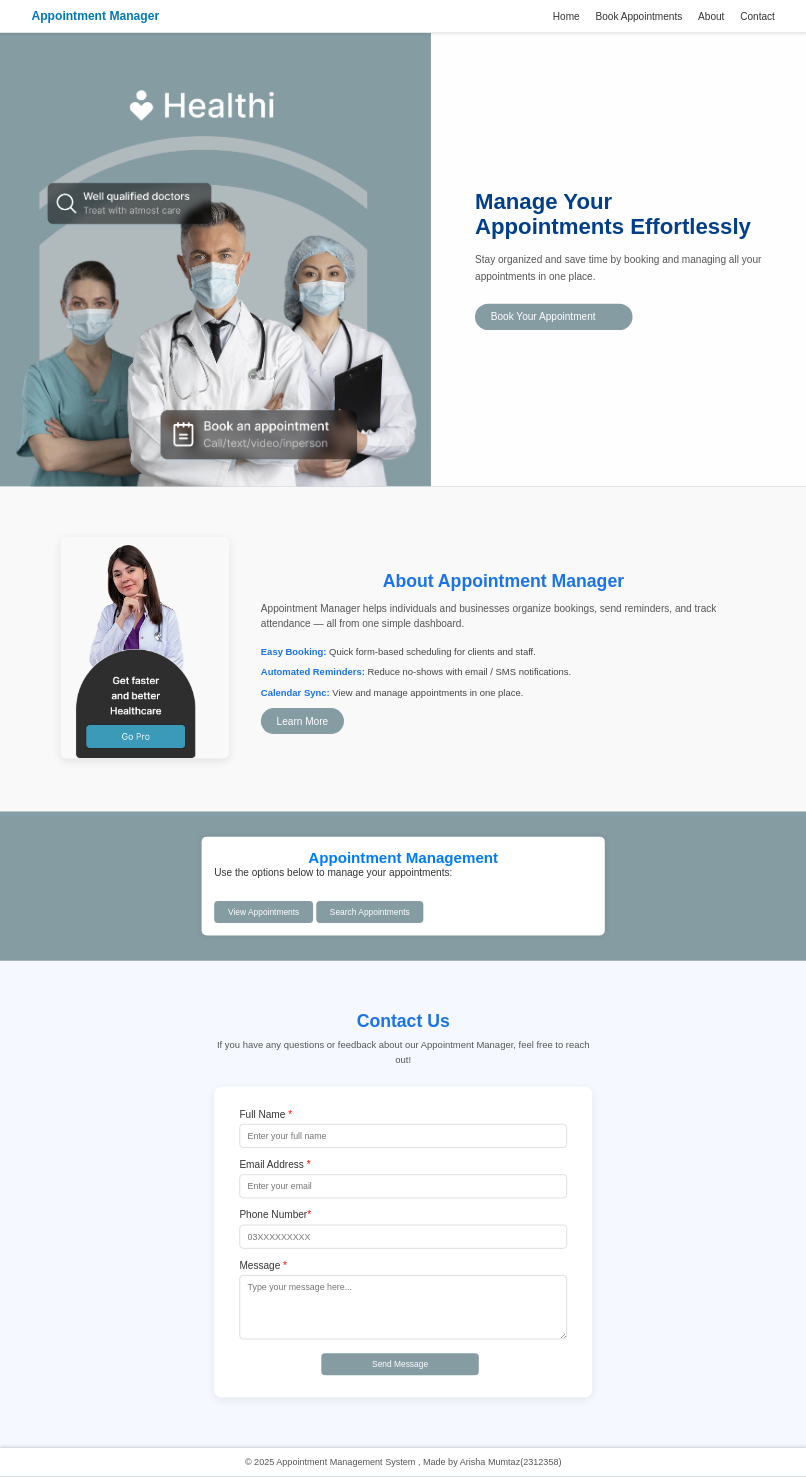
Repository: Arisha004/Hospital-Appointment-Management-System
Page: landingpage.html
The author's editor kept a copy of each file at every save. The page is drawn from the files as they stood at one save, then again after a run of saves.
The browser window is 1280 px wide. The pictures show the whole page, at 63% of full size.

Above is the page before, as saved 2025-10-24 15:54:30.

### landingpage.html
<!DOCTYPE html>
<html lang="en">
<head>
  <meta charset="UTF-8">
  <meta name="viewport" content="width=device-width, initial-scale=1.0">
  <title>Appointment Management System</title>
  <link rel="stylesheet" href="style.css">
  <style>
    .container1 { width: 50%;margin: 40px auto; background: #fff; padding: 20px; border-radius: 8px; box-shadow: 0 0 10px rgba(0,0,0,0.1); }
  h2 { text-align: center; color: #007bff; }
    button{

  display: inline-block;
  background-color: #869CA3;
  color: #fff;
  padding: 10px 22px;
  border: none;
  border-radius: 6px;
  cursor: pointer;
  font-weight: 500;

  transition: 0.3s;
   text-align: center;
}

button:hover {
  background-color: #7498a3;
  transform: translateY(-2px);
}
a{
  color: white;
  text-decoration: none;
}
  </style>
</head>
<body>
  <header class="navbar">
    <div class="logo">Appointment Manager</div>
    <nav>
      <ul>
        <li><a href="#">Home</a></li>
        <li><a href="index.php">Book Appointments</a></li>
        <li><a href="#about">About</a></li>
        <li><a href="#contact">Contact</a></li>
      </ul>
    </nav>
  </header>


  <section class="landing">
      <div class="right"></div>
    <div class="left">
      <h1>Manage Your Appointments Effortlessly</h1>
      <p>Stay organized and save time by booking and managing all your appointments in one place.</p>
      <a href="index.php" class="btn">Book Your Appointment</a>
    </div>

  </section>
  </section>


  <section id="about" class="about">
    <div class="container about-inner">
      <div class="about-image" aria-hidden="true">

        <img src="images/pic2.png" alt="" />
      </div>
      <div class="about-content">
        <h2>About Appointment Manager</h2>
        <p>Appointment Manager helps individuals and businesses organize bookings, send reminders, and track attendance — all from one simple dashboard.</p>
        <ul class="features">
          <li><strong>Easy Booking:</strong> Quick form-based scheduling for clients and staff.</li>
          <li><strong>Automated Reminders:</strong> Reduce no-shows with email / SMS notifications.</li>
          <li><strong>Calendar Sync:</strong> View and manage appointments in one place.</li>
        </ul>
        <a href="about.html" class="btn">Learn More</a>
      </div>
    </div>
  </section>
  <section id="crudoperations">
    <div class="container1">
      <h2>Appointment Management</h2>
      <p>Use the options below to manage your appointments:</p><br><br>

      <button> <a href="list.php" >View Appointments</a></button>
       <button>  <a href="searching.php">Search Appointments</a></button>
      </div>

  </section>

  <section id="contact" class="contact">
    <div class="container contact-inner">
      <h2>Contact Us</h2>
      <p>If you have any questions or feedback about our Appointment Manager, feel free to reach out!</p>

      <form action="insertcontactform.php" method="post" class="contact-form">
        <div class="form-group">
          <label for="name">Full Name <span>*</span></label>
          <input type="text" id="name" name="name" placeholder="Enter your full name" required pattern="[A-Za-z\s]{3,}">
        </div>

        <div class="form-group">
          <label for="email">Email Address <span>*</span></label>
          <input type="email" id="email" name="email" placeholder="Enter your email" required>
        </div>

        <div class="form-group">
          <label for="phone">Phone Number<span>*</span></label>
          <input type="tel" id="phone" name="phone" placeholder="03XXXXXXXXX" required pattern="[0-9]{11}" title="Enter 11-digit number only">
        </div>

        <div class="form-group">
          <label for="message">Message <span>*</span></label>
          <textarea id="message" name="message" rows="5" placeholder="Type your message here..." required minlength="10"></textarea>
        </div>

        <button type="submit" class="btn">Send Message</button>
      </form>
    </div>

  </section>
  <footer>
    <p>© 2025 Appointment Management System , Made by Arisha Mumtaz(2312358)</p>
  </footer>
</body>
</html>

### style.css
/* Reset and fonts */
* {
  margin: 0;
  padding: 0;
  box-sizing: border-box;
  font-family: 'Poppins', sans-serif;
}

body {
  background: #869CA3;
  color: #333;
}
/* About Section */
.about {
  background-color: #f9f9f9;
  padding: 80px 0;
}

.about-inner {
  width: 85%;
  max-width: 1100px;
  margin: 0 auto;
  display: flex;
  align-items: center;
  justify-content: space-between;
  gap: 50px;
  flex-wrap: wrap; /* makes it responsive */
}

.about-image img {
  width: 100%;
  max-width: 450px;
  border-radius: 10px;
  box-shadow: 0 4px 15px rgba(0,0,0,0.1);
}

.about-content {
  flex: 1;
  min-width: 300px;
}

.about-content h2 {
  font-size: 28px;
  color: #1a73e8;
  margin-bottom: 15px;
}

.about-content p {
  font-size: 16px;
  color: #555;
  line-height: 1.6;
  margin-bottom: 20px;
}

.features {
  list-style: none;
  padding: 0;
  margin-bottom: 25px;
}

.features li {
  margin-bottom: 10px;
  color: #444;
  font-size: 15px;
  line-height: 1.5;
}

.features strong {
  color: #1a73e8;
}


/* Contact Section */
.contact {
  background-color: #f5f9ff;
  padding: 80px 0;
}

.contact-inner {
  width: 85%;
  max-width: 600px;
  margin: 0 auto;
  text-align: center;
}

.contact h2 {
  font-size: 28px;
  color: #1a73e8;
  margin-bottom: 10px;
}

.contact p {
  color: #555;
  margin-bottom: 30px;
  font-size: 15px;
  line-height: 1.6;
}

.contact-form {
  background-color: #fff;
  padding: 35px 40px;
  border-radius: 12px;
  box-shadow: 0 4px 15px rgba(0,0,0,0.08);
  text-align: left;
}

.form-group {
  margin-bottom: 18px;
}

label {
  display: block;
  font-weight: 500;
  margin-bottom: 6px;
  color: #333;
}

label span {
  color: red;
}

input, textarea {
  width: 100%;
  padding: 10px 12px;
  border: 1px solid #ccc;
  border-radius: 6px;
  font-size: 14px;
  outline: none;
  transition: border-color 0.3s ease;
}

input:focus, textarea:focus {
  border-color: #1a73e8;
  box-shadow: 0 0 5px rgba(26,115,232,0.3);
}


.contact-form .btn {
  display: inline-block;
  background-color: #869CA3;
  color: #fff;
  padding: 10px 22px;
  border: none;
  border-radius: 6px;
  cursor: pointer;
  font-weight: 500;

  margin-left: 130px;
  transition: 0.3s;
   text-align: center;
}

.contact-form .btn:hover {
  background-color: #7498a3;
  transform: translateY(-2px);
}

/* Navbar */
.navbar {
  display: flex;
  justify-content: space-between;
  align-items: center;
  padding: 15px 50px;
  background: #fff;
  box-shadow: 0 2px 5px rgba(0,0,0,0.1);
  position: sticky;
  top: 0;
  z-index: 10;
}

.navbar .logo {
  font-weight: 700;
  font-size: 1.2rem;
  color: #0077b6;
}

.navbar ul {
  display: flex;
  list-style: none;
}

.navbar ul li a {
  text-decoration: none;
  color: #333;
  margin-left: 25px;
  transition: 0.3s;
}

.navbar ul li a:hover {
  color: #0077b6;
}

/* Split Landing Section */
.landing {
  display: flex;
  height: 100vh;
}


  button{

  display: inline-block;
  background-color: #869CA3;
  color: #fff;
  padding: 10px 22px;
  border: none;
  border-radius: 6px;
  cursor: pointer;
  font-weight: 500;

  transition: 0.3s;
   text-align: center;
}

button:hover {
  background-color: #7498a3;
  transform: translateY(-2px);
}
/* Left Text Section */
.landing .left {
  flex: 1;
  width: 50%;
  display: flex;
  flex-direction: column;
  justify-content: center;
  padding: 0 70px;
  background: #fefefe;
}

.landing .left h1 {
  font-size: 2.2rem;
  color: #023e8a;
  margin-bottom: 20px;
}

.landing .left p {
  font-size: 1rem;
  color: #555;
  margin-bottom: 30px;
  line-height: 1.6;
}

.btn {
  background: #869CA3;
  color: #fff;
  padding: 12px 25px;
  border-radius: 30px;
  text-decoration: none;
  font-weight: 300;
  transition: 0.3s;
  width: 250px;
}

.btn:hover {
  background: #7498a3;
}

/* Right Image Section */
.landing .right {
  flex: 1.5;
  background:url(images/pic1.png);
  background-repeat: no-repeat;
  background-size: cover;
  position: relative;
}

.landing .right::after {
  content: "";
  position: absolute;
  inset: 0;
}

/* Footer */
footer {
  text-align: center;
  padding: 15px;
  background: #fff;
  box-shadow: 0 -2px 5px rgba(0,0,0,0.1);
  font-size: 0.9rem;
  color: #555;
}

After the next 2 saves:
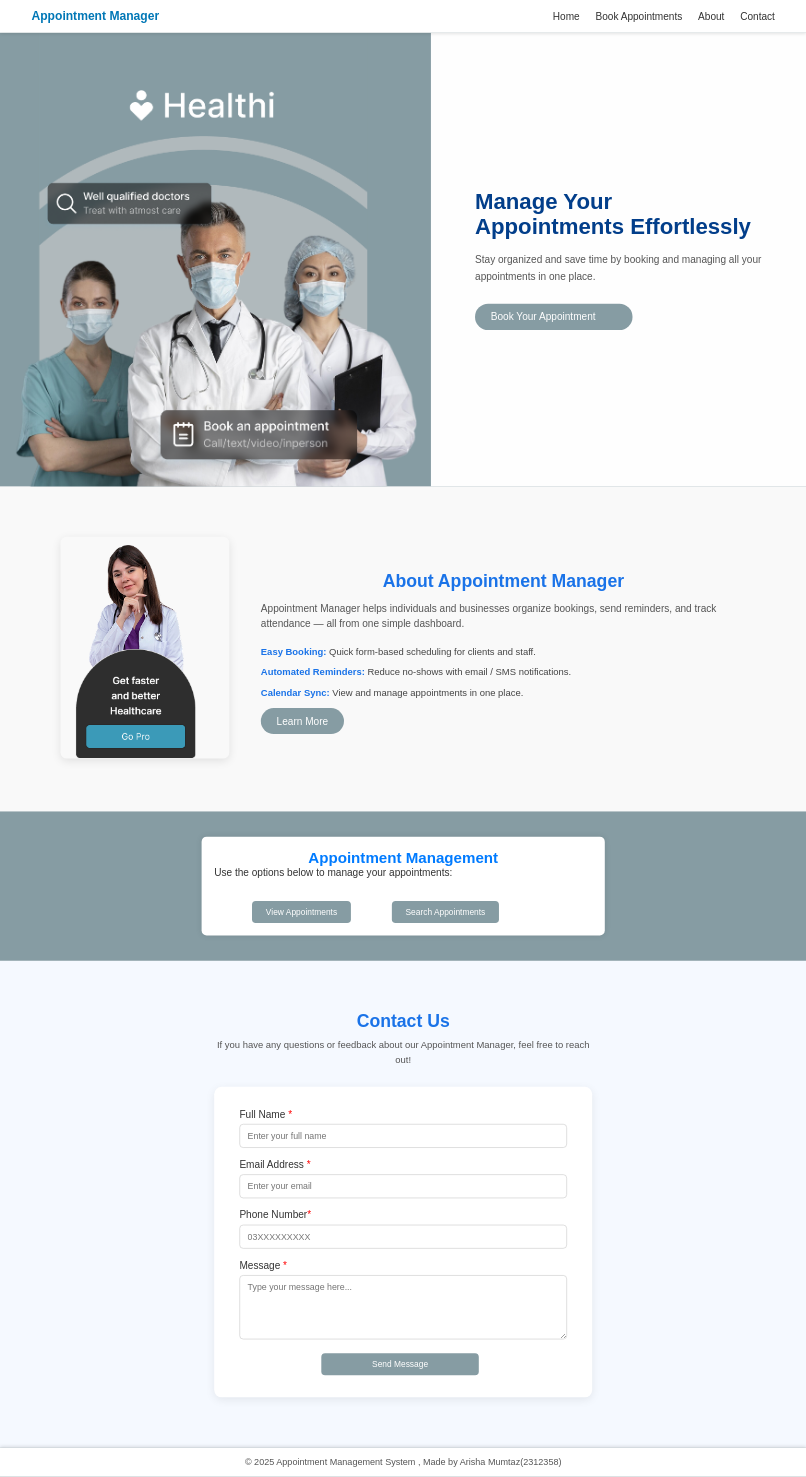
The 2 saves are shown as one change because they came seconds apart.
The last was saved 14 s later.
--- a/landingpage.html
+++ b/landingpage.html
@@ -18,7 +18,7 @@
   border-radius: 6px;
   cursor: pointer;
   font-weight: 500;
-
+margin-left: 60px;
   transition: 0.3s;
    text-align: center;
 }
